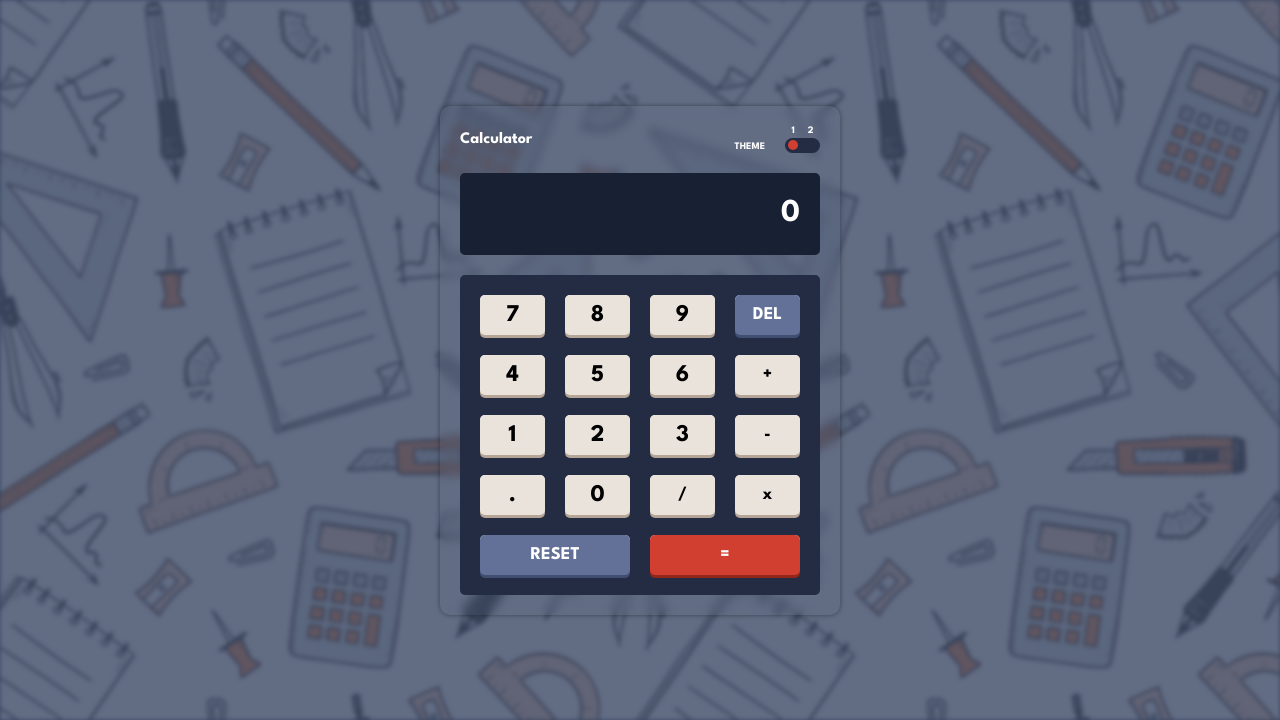
Repository: Ebtehal18/calculator
Page: index.html
These files come from the project's save history. The page is drawn as it stood at one moment and after the next save; the edit follows.
The browser window is 1280 px wide. The pictures show the whole page.
After loading, the first visible `button.calc__key` was clicked once.

Above is the page before, as saved 2024-02-06 15:12:53.

### index.html
<!DOCTYPE html>
<html lang="en">
  <head>
    <meta charset="UTF-8" />
    <meta
      name="viewport"
      content="width=device-width, user-scalable=no, initial-scale=1.0, maximum-scale=1.0, minimum-scale=1.0"
    />
    <meta http-equiv="X-UA-Compatible" content="ie=edge" />
    <link rel="preconnect" href="https://fonts.googleapis.com" />
    <link rel="preconnect" href="https://fonts.gstatic.com" crossorigin />
    <link
      href="https://fonts.googleapis.com/css2?family=League+Spartan:wght@700&display=swap"
      rel="stylesheet"
    />
    <link rel="stylesheet" href="style.css" type="text/css" />
    <title>Calculator</title>
  </head>
  <body>
    <div class="container">
      <div class="calc">
        <div class="calc__header">
          <span>Calculator</span>
          <div class="themes">
            <div class="themes__label">
              <span>THEME</span>
            </div>
            <div class="themes__toggleContent">
              <div class="themes__numbers">
                <span class="themes__number">1</span>
                <span class="themes__number">2</span>
              </div>
              <span class="themes__toggle" role="button" tabindex="0"></span>
            </div>
          </div>
        </div>

        <div class="calc__result">0</div>

        <div class="calc__numsContent">
          <button class="calc__key" data-type="number" data-value="7">
            <span>7</span>
          </button>
          <button class="calc__key" data-type="number" data-value="8">
            <span>8</span>
          </button>
          <button class="calc__key" data-type="number" data-value="9">
            <span>9</span>
          </button>
          <button
            class="calc__key"
            data-type="operation"
            data-value="Backspace"
          >
            <span>DEL</span>
          </button>
          <button class="calc__key" data-type="number" data-value="4">
            <span>4</span>
          </button>
          <button class="calc__key" data-type="number" data-value="5">
            <span>5</span>
          </button>
          <button class="calc__key" data-type="number" data-value="6">
            <span>6</span>
          </button>
          <button class="calc__key" data-type="operation" data-value="+">
            <span>+</span>
          </button>
          <button class="calc__key" data-type="number" data-value="1">
            <span>1</span>
          </button>
          <button class="calc__key" data-type="number" data-value="2">
            <span>2</span>
          </button>
          <button class="calc__key" data-type="number" data-value="3">
            <span>3</span>
          </button>
          <button class="calc__key" data-type="operation" data-value="-">
            <span>-</span>
          </button>
          <button class="calc__key" data-type="number" data-value=".">
            <span>.</span>
          </button>
          <button class="calc__key" data-type="number" data-value="0">
            <span>0</span>
          </button>
          <button class="calc__key" data-type="operation" data-value="/">
            <span>/</span>
          </button>
          <button class="calc__key" data-type="operation" data-value="*">
            <span>x</span>
          </button>
          <button
            class="calc__key calc__key--wide"
            data-type="operation"
            data-value="c"
          >
            <span>RESET</span>
          </button>
          <button
            class="calc__key calc__key--wide"
            data-type="operation"
            data-value="Enter"
          >
            <span>=</span>
          </button>
        </div>
      </div>
    </div>

    <script src="script.js"></script>
  </body>
</html>

### style.css
:root {
  --color-main-background: #3a4764;
  --color-keypad-background: #232c43;
  --color-screen-background: #182034;
  --color-key-blue-background: #637097;
  --color-key-blue-shadow: #404e72;
  --color-key-blue-hover: #a2b3e1;
  --color-key-red-background: #d03f2f;
  --color-key-red-shadow: #93261a;
  --color-key-red-hover: #f86c5c;
  --color-key-gray-background: #eae3dc;
  --color-key-gray-shadow: hsl(28, 16%, 65%);
  --color-dark-blue-text: #444b5a;
  --color-white-text: #ffffff;
  --border-radius: 10px;
  --timing-animation: .3s;
}

* {
  box-sizing: border-box;
  margin: 0;
}

html {
  font-size: 62.5%;
}

.container {
  font-size: 1.6rem;
  font-family: "League Spartan", sans-serif;
  display: flex;
  min-height: 100vh;
  align-items: center;
  justify-content: center;
  background: var(--color-main-background);
  color: var(--color-white-text);
  transition: background-color var(--timing-animation);
}
.container:before {
  content: "";
  position: absolute;
  width: 100%;
  height: 100%;
  z-index: 0;
  opacity: 0.2;
  background: url("./pattern.jpeg");
  background-size: contain;
  filter: blur(2px);
}
.container:has(.themes__toggle--isActive) {
  --color-main-background: #e6e6e6;
  --color-keypad-background: #d1cccc;
  --color-screen-background: #ededed;
  --color-key-blue-background: #377f86;
  --color-key-blue-shadow: #1b5f65;
  --color-key-blue-hover: #62b5bc;
  --color-key-red-background: #ca5502;
  --color-key-red-shadow: #893901;
  --color-key-red-hover: #ff8a38;
  --color-key-gray-background: #e5e4e1;
  --color-key-gray-shadow: #b4a597;
  --color-dark-blue-text: #35352c;
  --color-white-text: #ffffff;
  --color-top-section-text: var(--color-dark-blue-text);
}

.calc {
  width: 100%;
  max-width: 40rem;
  margin: 0 1rem;
  padding: 2rem;
  border-radius: var(--border-radius);
  z-index: 1;
  box-shadow: 0 0 0.5rem rgba(0, 0, 0, 0.4);
  backdrop-filter: blur(5px);
}
.calc__header {
  display: flex;
  justify-content: space-between;
  align-items: center;
  color: var(--color-top-section-text);
}
.calc__result {
  margin: 2rem 0;
  padding: 2.5rem 2rem;
  font-size: 3.2rem;
  text-align: right;
  line-height: 1;
  border-radius: calc(var(--border-radius) / 2);
  background-color: var(--color-screen-background);
  color: var(--color-top-section-text);
  transition: background-color var(--timing-animation);
}
.calc__numsContent {
  display: grid;
  grid-template-columns: repeat(4, 1fr);
  padding: 2rem;
  gap: 2rem;
  background-color: var(--color-keypad-background);
  font-size: 1.8rem;
  color: var(--color-dark-blue-text);
  border-radius: calc(var(--border-radius) / 2);
  transition: background-color var(--timing-animation);
}
.calc__key {
  position: relative;
  flex-basis: 25%;
  border-radius: calc(var(--border-radius) / 2);
  display: flex;
  align-items: center;
  justify-content: center;
  height: 4rem;
  isolation: isolate;
  border: none;
  font-family: inherit;
  font-size: inherit;
}
.calc__key:hover:after, .calc__key.hover:after {
  background-color: var(--color-white-text);
}
.calc__key:active {
  transform: scale(0.95);
}
.calc__key:active:before {
  bottom: -0.2rem;
}
.calc__key span {
  z-index: 1;
  user-select: none;
}
.calc__key:before {
  content: "";
  position: absolute;
  height: 100%;
  width: 100%;
  bottom: -0.3rem;
  border-radius: calc(var(--border-radius) / 2);
  background-color: var(--color-key-gray-shadow);
}
.calc__key:after {
  content: "";
  position: absolute;
  height: 100%;
  width: 100%;
  border-radius: calc(var(--border-radius) / 2);
  background-color: var(--color-key-gray-background);
  transition: all 0.3s;
}
.calc__key--wide {
  grid-column: span 2;
}
.calc [data-type=number] {
  font-size: 2.4rem;
}
.calc [data-value=Backspace]:hover:after, .calc [data-value=Backspace].hover:after, .calc [data-value=c]:hover:after, .calc [data-value=c].hover:after {
  background-color: var(--color-key-blue-hover);
}
.calc [data-value=Backspace]:after, .calc [data-value=c]:after {
  background-color: var(--color-key-blue-background);
}
.calc [data-value=Backspace]:before, .calc [data-value=c]:before {
  background-color: var(--color-key-blue-shadow);
}
.calc [data-value=Backspace] span, .calc [data-value=c] span {
  color: var(--color-white-text);
}
.calc [data-value=Enter]:hover:after, .calc [data-value=Enter].hover:after {
  background-color: var(--color-key-red-hover);
}
.calc [data-value=Enter]:after {
  background-color: var(--color-key-red-background);
}
.calc [data-value=Enter]:before {
  background-color: var(--color-key-red-shadow);
}
.calc [data-value=Enter] span {
  color: var(--color-white-text);
}

.themes {
  --toggle-width: 3.5rem;
  --circle-width: 1rem;
  --toggle-padding: .3rem;
  display: flex;
  gap: 2rem;
  font-size: 1rem;
  align-items: flex-end;
}
.themes__label {
  line-height: 1.2;
}
.themes__toggleContent {
  display: flex;
  flex-direction: column;
  width: var(--toggle-width);
}
.themes__numbers {
  display: flex;
  justify-content: space-around;
  margin-bottom: 0.3rem;
}
.themes__number {
  cursor: pointer;
}
.themes__toggle {
  content: "";
  position: relative;
  display: flex;
  align-items: center;
  padding: 0 var(--toogle-padding);
  width: 100%;
  height: 1.5rem;
  border-radius: var(--border-radius);
  background: var(--color-keypad-background);
  cursor: pointer;
}
.themes__toggle:hover:before {
  background-color: var(--color-key-red-hover);
}
.themes__toggle:before {
  content: "";
  position: absolute;
  left: var(--toggle-padding);
  width: var(--circle-width);
  height: 1rem;
  border-radius: 50%;
  background-color: var(--color-key-red-background);
  transition: all 0.3s;
}
.themes__toggle--isActive:before {
  left: calc(var(--toggle-width) - var(--circle-width) - var(--toggle-padding));
}

/*# sourceMappingURL=style.css.map */

### script.js
const toggle = document.querySelector(".themes__toggle");
toggle.addEventListener("click", () => {
  toggle.classList.toggle("themes__toggle--isActive");
});
let currentNumber = "";
let stotredNumber = "";
let operation = "";
const result = document.querySelector(".calc__result");
const numbers = document.querySelectorAll("[data-type]");
numbers.forEach((item) => {
  item.addEventListener("click", () => {
    if (currentNumber && currentNumber.includes(".")) return;
    if (currentNumber === "0") {
      result.textContent = currentNumber;
    }
    return currentNumber;
  });
});

After the next save:
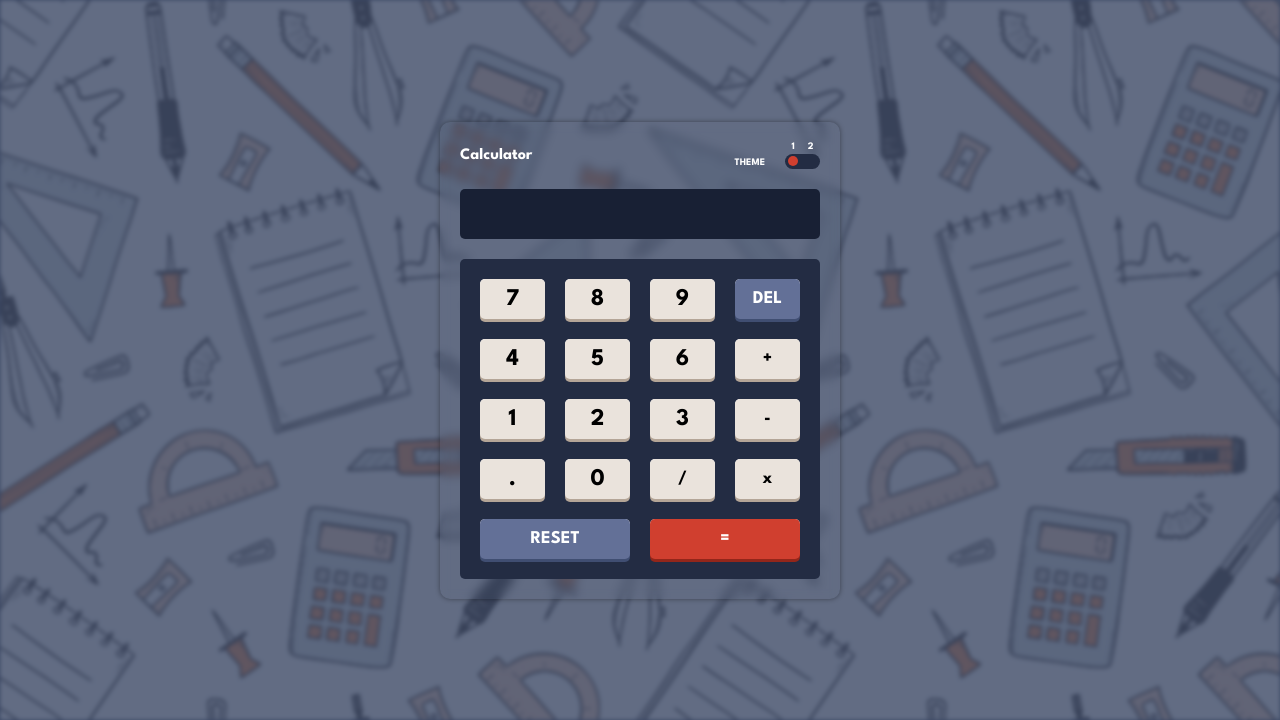
Saved 14 s later.
--- a/script.js
+++ b/script.js
@@ -13,6 +13,6 @@ numbers.forEach((item) => {
     if (currentNumber === "0") {
       result.textContent = currentNumber;
     }
-    return currentNumber;
+    result.textContent = currentNumber;
   });
 });

After the 3 saves that followed:
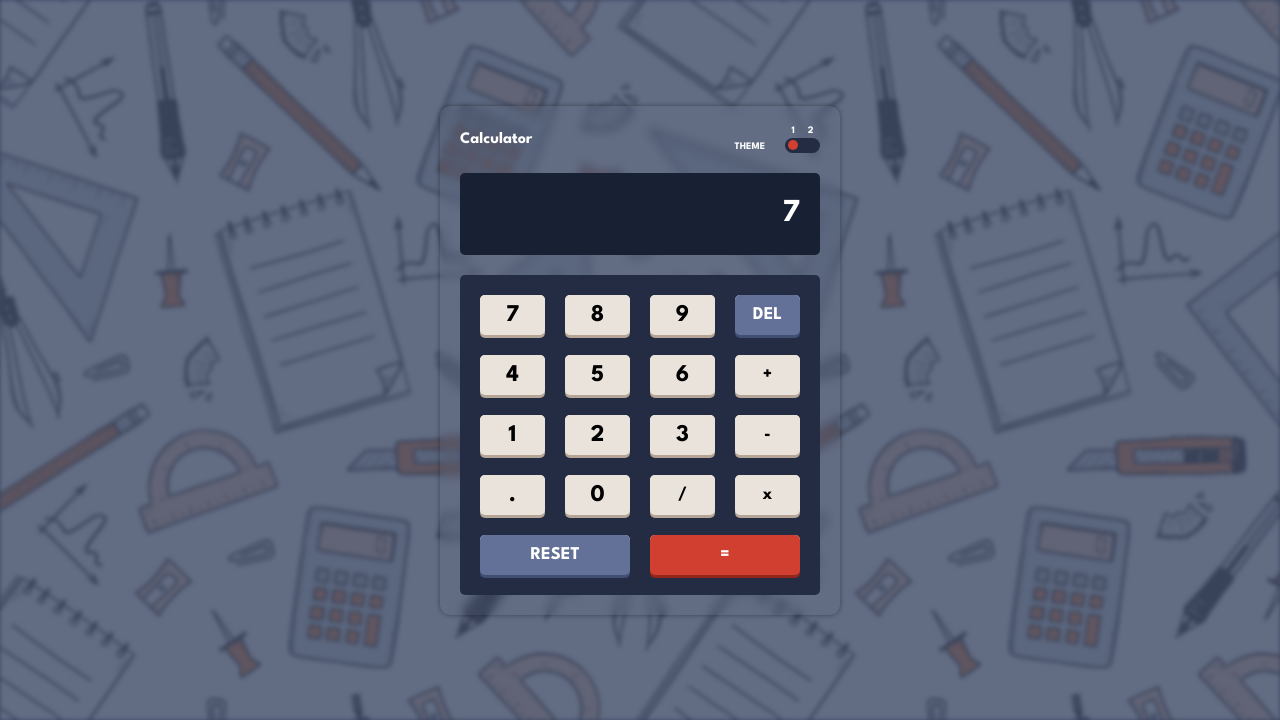
The 3 saves are shown as one change because 2 left the picture as it was.
The last was saved 2 min 34 s later.
--- a/script.js
+++ b/script.js
@@ -9,7 +9,8 @@ const result = document.querySelector(".calc__result");
 const numbers = document.querySelectorAll("[data-type]");
 numbers.forEach((item) => {
   item.addEventListener("click", () => {
-    if (currentNumber && currentNumber.includes(".")) return;
+    currentNumber = item.dataset.value;
+    if (currentNumber && currentNumber.includes("."));
     if (currentNumber === "0") {
       result.textContent = currentNumber;
     }
